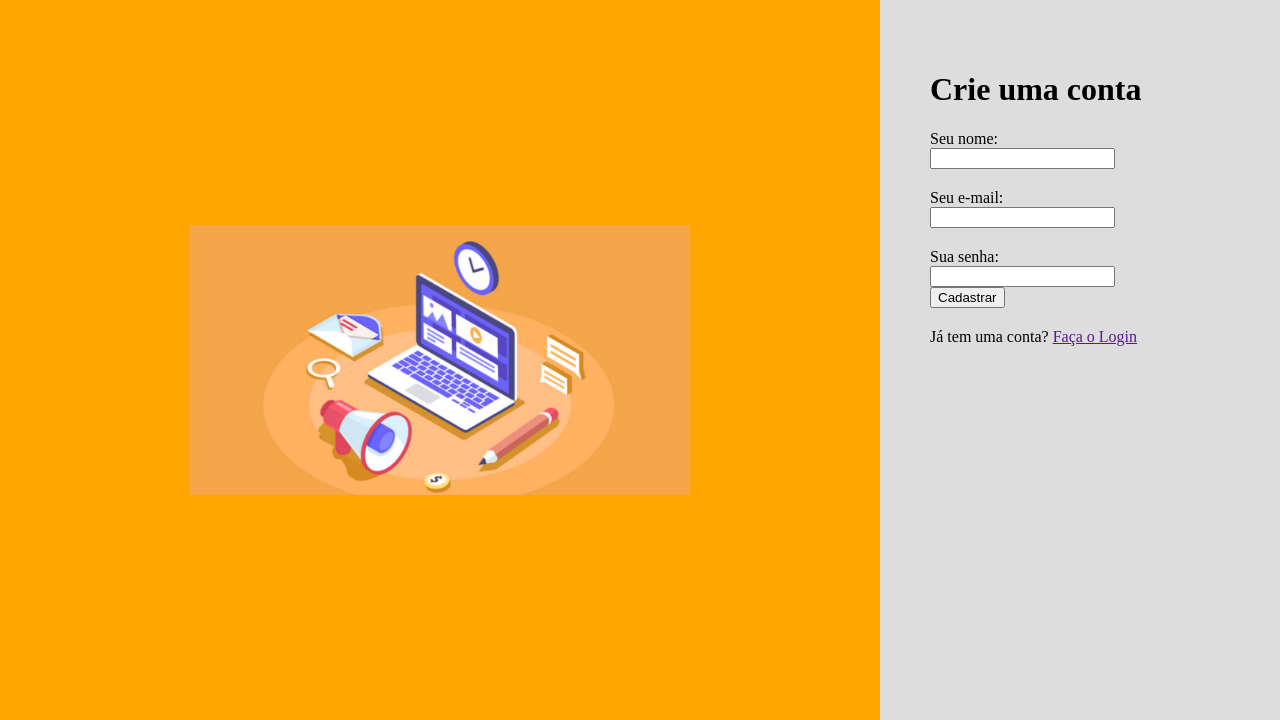
Repository: rafavirginio/tela-de-login
Page: index.html
The author's editor kept a copy of each file at every save. The page is drawn from the files as they stood at one save, then again after the next save.
The browser window is 1280 px wide. The pictures show the whole page.

Above is the page before, as saved 2020-09-14 23:29:18.

After the next save:
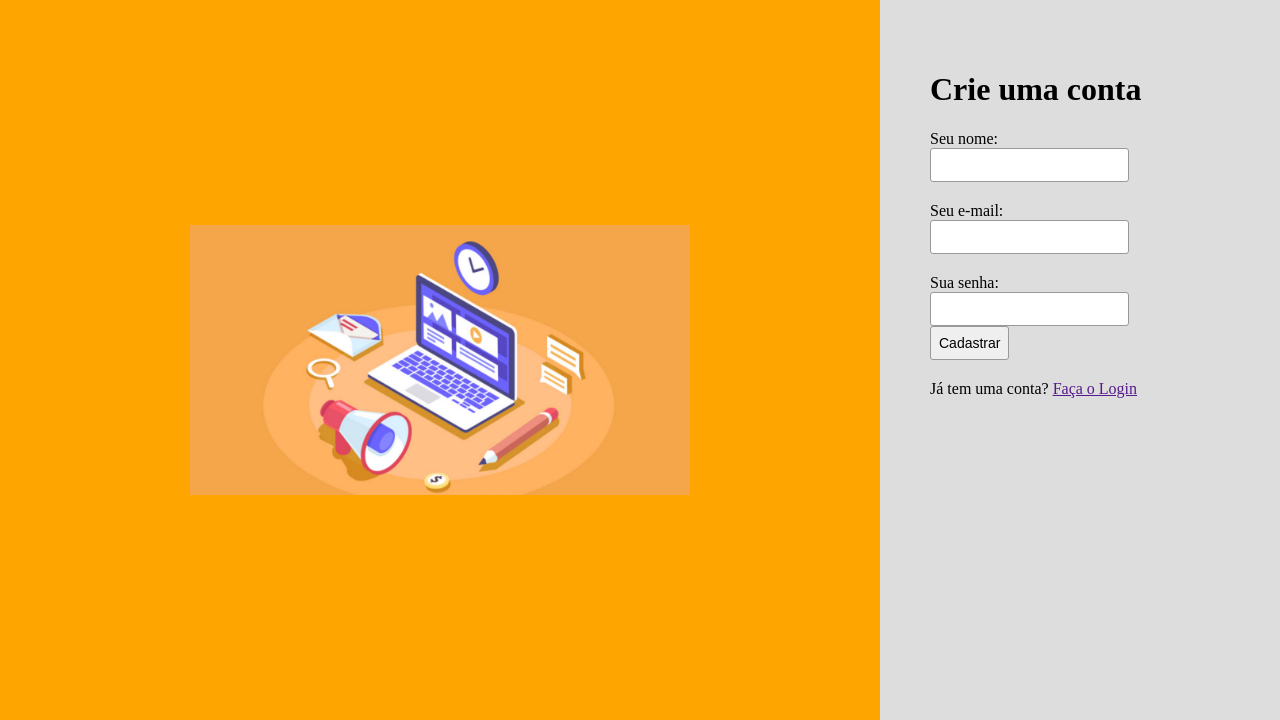
Saved 110 s later.
--- a/style.css
+++ b/style.css
@@ -34,3 +34,10 @@ body {
     display: block;
     margin-bottom: 20px;
 }
+
+.rightside input {
+    border: 1px solid #999;
+    border-radius: 3px;
+    padding: 8px;
+    font-size: 14px;
+}
